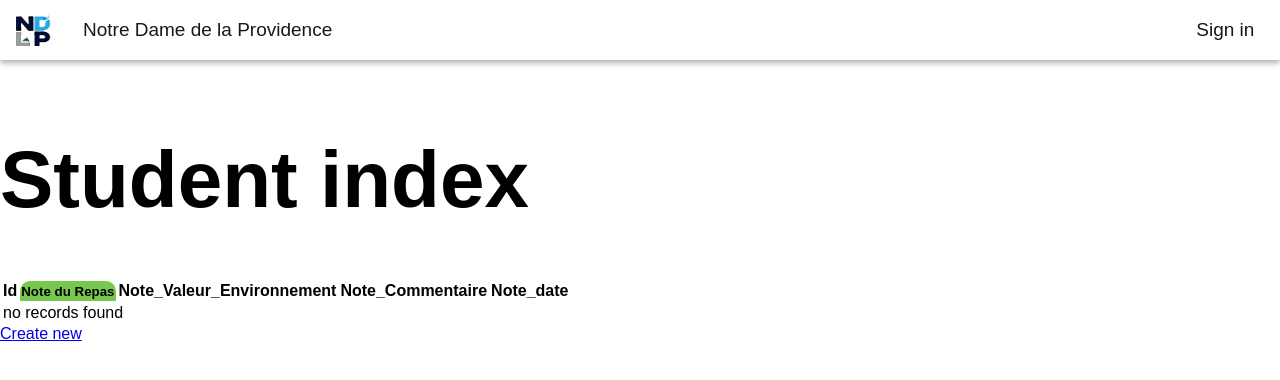
Repository: yaperson/self-feedback1
Page: templates/student/index.html.twig
These files come from the project's save history. The page is drawn as it stood at one moment and after the next save; the edit follows.
The browser window is 1280 px wide. The pictures show the whole page.
The page is a Twig template of a Symfony application; nobody is signed in and links lead nowhere. The template is opened directly, without the code that normally fills it, so the values that code supplies are empty.

Above is the page before, as saved 2021-12-09 16:49:04.

After the next save:
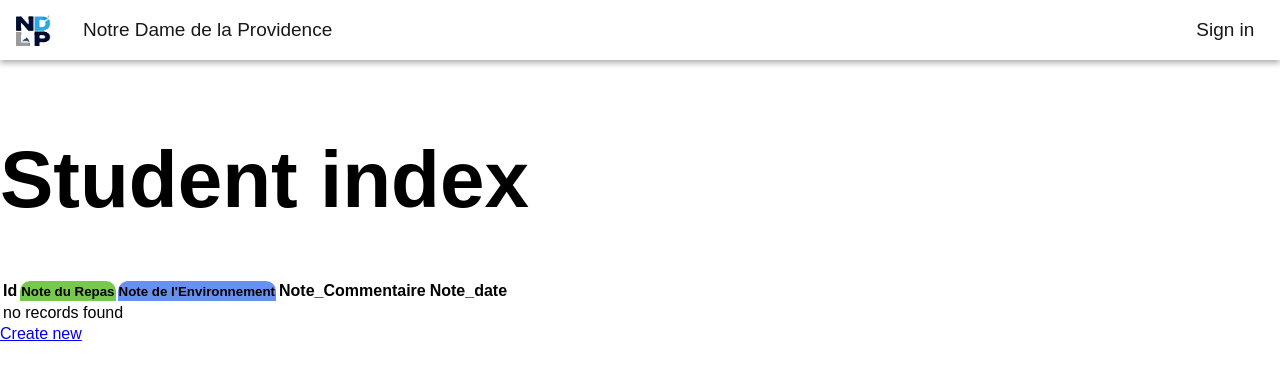
Saved 23 s later.
--- a/templates/student/index.html.twig
+++ b/templates/student/index.html.twig
@@ -10,7 +10,7 @@
             <tr>
                 <th>Id</th>
                 <th style="background-color:#78C850; border-top-left-radius: 10px; -moz-border-radius-topleft: 10px; -webkit-border-top-left-radius: 10px; -khtml-border-top-left-radius: 10px; -icab-border-top-left-radius: 10px; -o-border-top-left-radius: 10px; border-top-right-radius: 10px; -moz-border-radius-topright: 10px; -webkit-border-top-right-radius: 10px; -khtml-border-top-right-radius: 10px; -icab-border-top-right-radius: 10px; -o-border-top-right-radius: 10px;"><small>Note du Repas</small>
-                </th><th>Note_Valeur_Environnement</th>
+                <th style="background-color:#6890F0; border-top-left-radius: 10px; -moz-border-radius-topleft: 10px; -webkit-border-top-left-radius: 10px; -khtml-border-top-left-radius: 10px; -icab-border-top-left-radius: 10px; -o-border-top-left-radius: 10px; border-top-right-radius: 10px; -moz-border-radius-topright: 10px; -webkit-border-top-right-radius: 10px; -khtml-border-top-right-radius: 10px; -icab-border-top-right-radius: 10px; -o-border-top-right-radius: 10px;"><small>Note de l'Environnement</small></th>
                 <th>Note_Commentaire</th>
                 <th>Note_date</th>
                 {# <th>actions</th> #}
